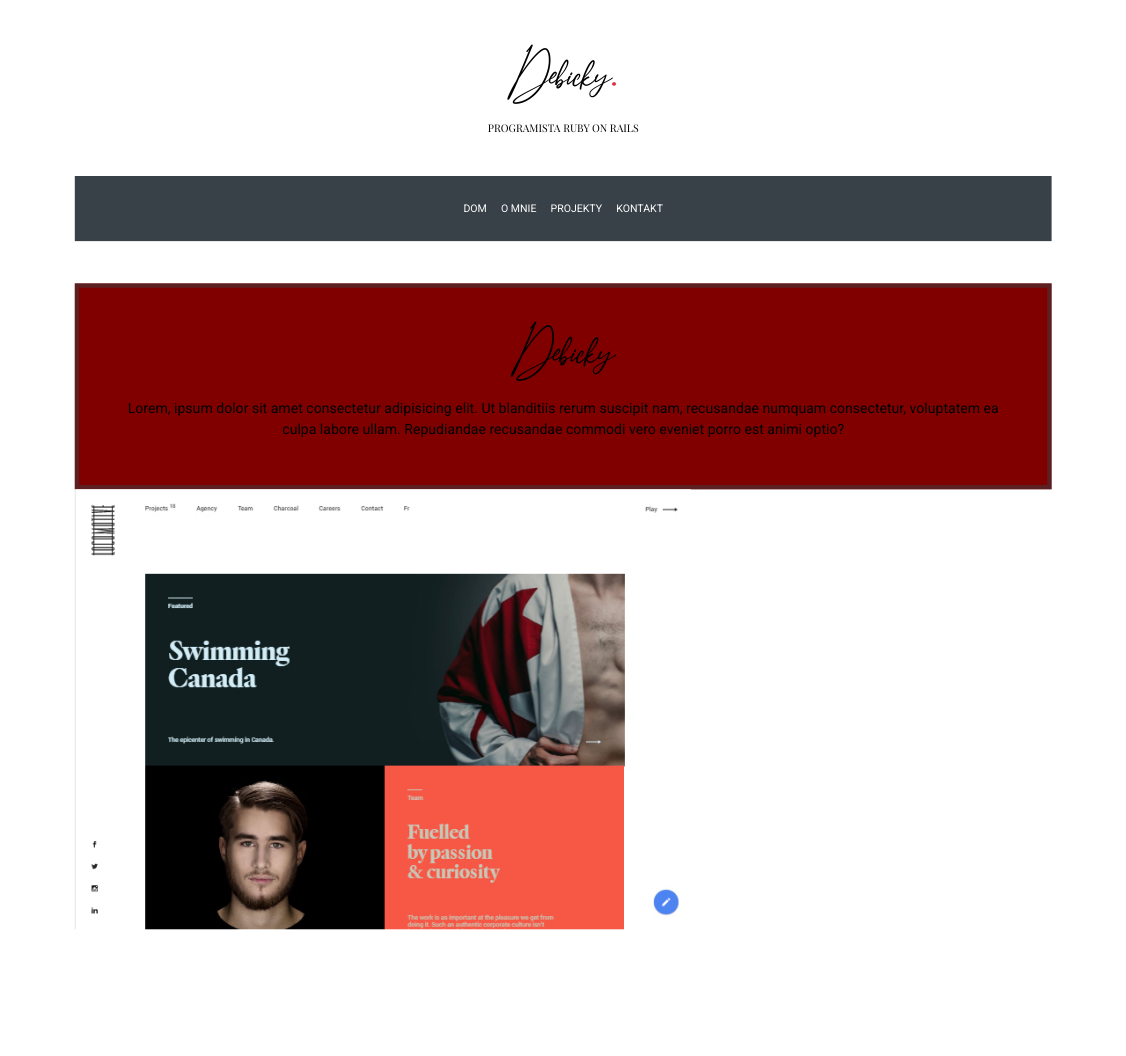
Repository: debicky/debicky.github.io
Page: index.html
These files come from the project's save history. The page is drawn as it stood at one moment and after a run of saves; the edit follows.
The browser window is 1280 px wide. The pictures show the whole page, at 88% of full size.
Some web libraries are served in a nearby version.

Above is the page before, as saved 2020-06-10 09:32:40.

After the next 3 saves:
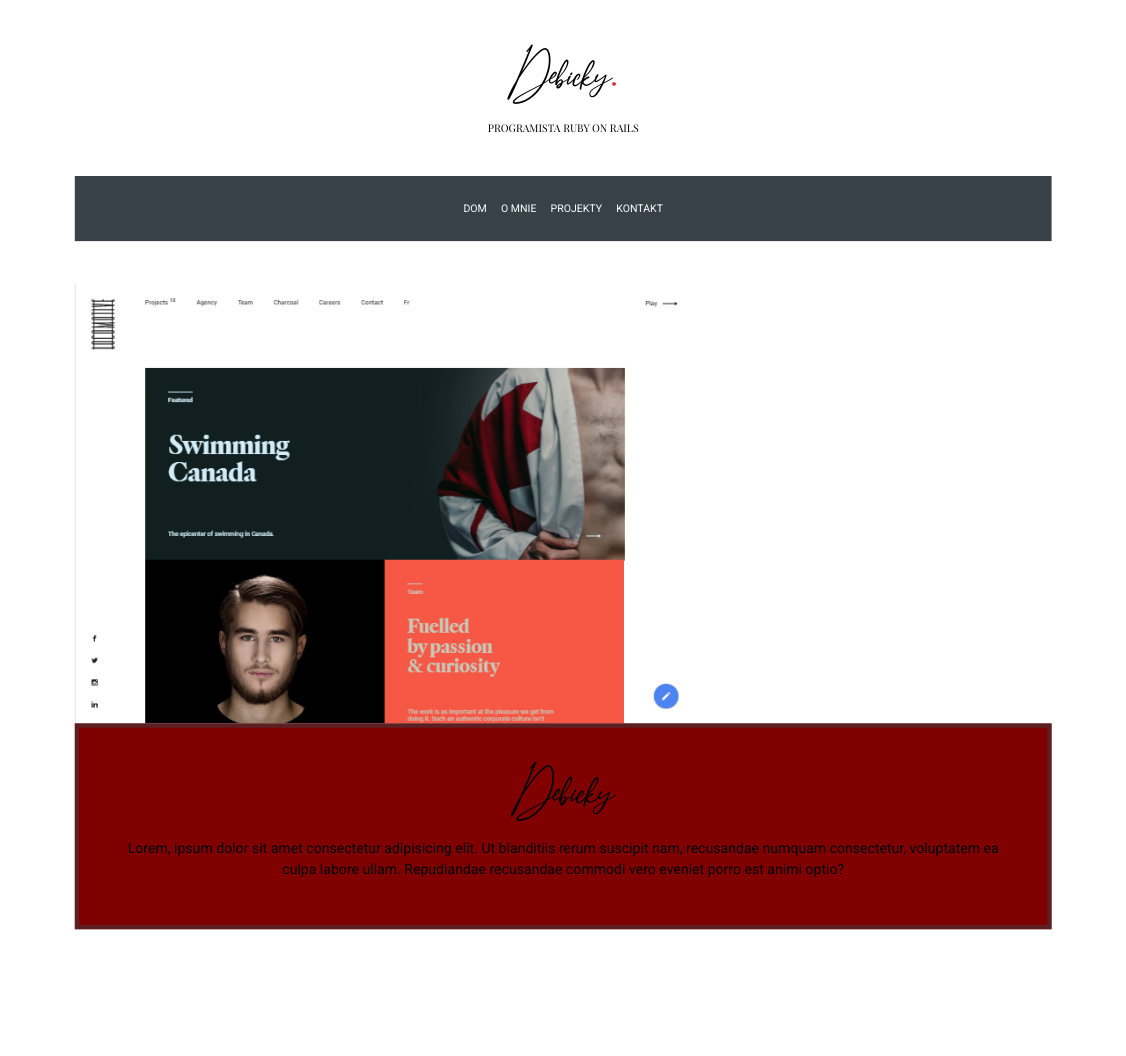
The 3 saves are shown as one change because they came seconds apart.
The last was saved 16 s later.
--- a/styles.css
+++ b/styles.css
@@ -91,5 +91,6 @@ header{
   padding: 40px;
   outline: 5px solid rgba(56, 65, 71, 0.5);
   outline-offset: -5px;
+  order: 2;
 
 }
